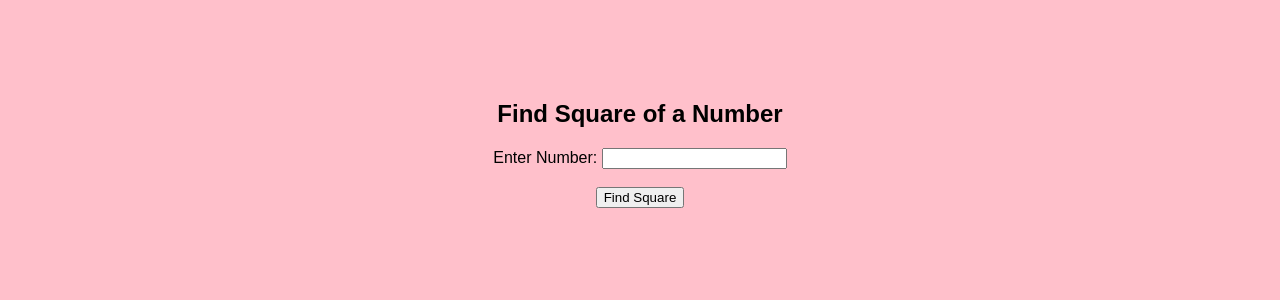
Repository: sourav0190/learnig-spring
Page: tomcat/humorcode/src/main/webapp/index.html
These files come from the project's save history. The page is drawn as it stood at one moment and after the next save; the edit follows.
The browser window is 1280 px wide. The pictures show the whole page.

Above is the page before, as saved 2025-12-13 12:07:12.

### tomcat/humorcode/src/main/webapp/index.html
<!DOCTYPE html>
<html>
<head>
    <title>Square Finder</title>
    <style>
        body {
            background-color: pink;
            font-family: Arial;
            text-align: center;
            margin-top: 100px;
        }
    </style>
</head>
<body>

    <h2>Find Square of a Number</h2>

    <form action="sq.jsp" method="get">
        Enter Number:
        <input type="number" name="num" required>
        <br><br>
        <input type="submit" value="Find Square">
    </form>

</body>
</html>

After the next save:
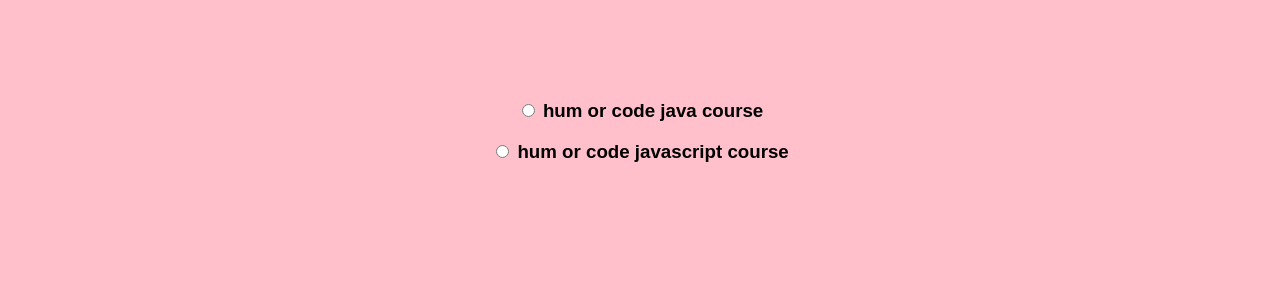
Saved 2 h 34 min later.
--- a/tomcat/humorcode/src/main/webapp/index.html
+++ b/tomcat/humorcode/src/main/webapp/index.html
@@ -13,13 +13,19 @@
 </head>
 <body>
 
-    <h2>Find Square of a Number</h2>
 
-    <form action="sq.jsp" method="get">
-        Enter Number:
-        <input type="number" name="num" required>
-        <br><br>
-        <input type="submit" value="Find Square">
+
+    <form action="controler.jsp" >
+        <h3>
+        <input type="radio" name="page" value = "java">
+        hum or code java course
+
+        </h3>
+         <h3>
+        <input type="radio" name="page" value = "javascript">
+        hum or code javascript course
+
+        </h3>
     </form>
 
 </body>
